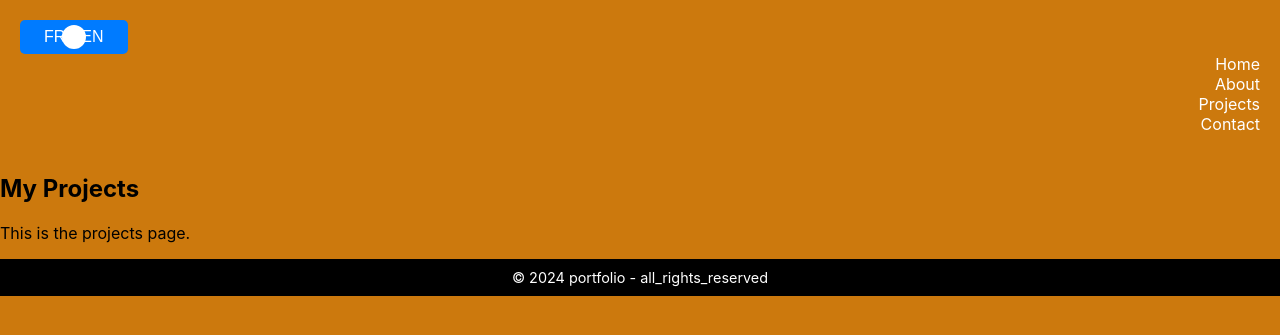
Repository: Christian121966/mon-portfolio
Page: /projects
The author's editor kept a copy of each file at every save. The page is drawn from the files as they stood at one save, then again after a run of saves.
The browser window is 1280 px wide. The pictures show the whole page.
The project was rebuilt for these pictures with package versions that can differ from the ones it lists, and the page was loaded fresh each time. Also part of the build but not shown: src/pages/HomePage/HomePage.scss, src/pages/HomePage/HomePage.js, src/pages/AboutPage/AboutPage.scss, src/pages/AboutPage/AboutPage.js, src/pages/ContactPage/ContactPage.js. Imported but missing from the stored project, and not drawn on this page: src/i18next.

Above is the page before, as saved 2024-07-24 02:30:20.

### src/index.js
import React from 'react';
import ReactDOM from 'react-dom/client';
import '../src/index.css';
import App from './App';
import '../src/i18next';
import reportWebVitals from './reportWebVitals';

const root = ReactDOM.createRoot(document.getElementById('root'));
root.render(
  <React.StrictMode>
    <App />
  </React.StrictMode>
);

// If you want to start measuring performance in your app, pass a function
// to log results (for example: reportWebVitals(console.log))
// or send to an analytics endpoint. Learn more: https://bit.ly/CRA-vitals
reportWebVitals();

### src/App.js
import React from 'react';
import { BrowserRouter as Router, Route, Routes } from 'react-router-dom';
import HomePage from '../src/pages/HomePage/HomePage';
import AboutPage from '../src/pages/AboutPage/AboutPage';
import ProjectsPage from '../src/pages/ProjectsPage/ProjectsPage';
import ContactPage from './pages/ContactPage/ContactPage';
import Header from '../src/components/Header/Header';
import Footer from '../src/components/Footer/Footer';

function App() {
  return (
    <Router>
      <Header />
      <Routes>
      <Route path="/" element={<HomePage />} />
        <Route path="/about" element={<AboutPage />} />
        <Route path="/projects" element={<ProjectsPage />} />
        <Route path="/contact" element={<ContactPage />} />
      </Routes>
      <Footer />
    </Router>
  );
}

export default App;

### src/pages/ProjectsPage/ProjectsPage.js
// src/pages/ProjectsPage.js
import React from 'react';

function ProjectsPage() {
  return (
    <div>
      <h2>My Projects</h2>
      <p>This is the projects page.</p>
    </div>
  );
}

export default ProjectsPage;

### src/components/Header/Header.js
// src/components/Header/Header.js
import React from 'react';
import { useTranslation } from 'react-i18next';
import '../Header/Header.scss';

function Header() {
  const { i18n } = useTranslation();
  const currentLang = i18n.language;

  const changeLanguage = (lng) => {
    i18n.changeLanguage(lng);
  };

  return (
    <header className="header">
      <div className="header__language-buttons">
        <button
          aria-checked={currentLang === 'fr'}
          className="control__lang"
          role="switch"
          type="button"
          onClick={() => changeLanguage('fr')}
        >
          <span className="current control__lang_side">FR</span>
          <span className="control__lang_switch">
            <span></span>
          </span>
          <span className="control__lang_side">EN</span>
        </button>
      </div>
      <nav className="header__nav">
        <a href="/" className="header__link">Home</a>
        <a href="/about" className="header__link">About</a>
        <a href="/projects" className="header__link">Projects</a>
        <a href="/contact" className="header__link">Contact</a>
      </nav>
    </header>
  );
}

export default Header;

### src/components/Footer/Footer.js
// src/components/Footer/Footer.js
import React from 'react';
import { useTranslation } from 'react-i18next';
import '../../components/Footer/Footer.scss';

function Footer() {
  const { t } = useTranslation();

  return (
    <footer>
      <p className="footer__text">© 2024 {t('portfolio')} - {t('all_rights_reserved')}</p>
    </footer>
  );
}

export default Footer;

### src/components/Header/Header.scss
// src/styles/components/_header.scss
@import '../../styles/abstracts/variables';
@import '../../styles/abstracts/mixins';

.header {
  //background-color: $primary-color;
  padding: 20px;

  &__nav {
    display: flex;
    flex-direction: column;
    justify-content: end;
    align-items: end;
  }

  &__link {
    color: white;
    text-decoration: none;

    &:hover {
      text-decoration: underline;
    }
  }

  /* src/components/Header/Header.scss */

.header__language-buttons {
  display: flex;
  align-items: center;
}

.control__lang {
  display: flex;
  align-items: center;
  background-color: #007bff;
  color: #ffffff;
  border: none;
  border-radius: 5px;
  padding: 8px 16px;
  cursor: pointer;
  position: relative;
  font-size: 16px;
  outline: none;
}

.control__lang_side {
  margin: 0 8px;
}

.control__lang_switch {
  position: absolute;
  top: 50%;
  left: 50%;
  transform: translate(-50%, -50%);
  background-color: #ffffff;
  border-radius: 50%;
  width: 24px;
  height: 24px;
  transition: transform 0.3s ease;
}

.control__lang[aria-checked="true"] .control__lang_switch {
  transform: translate(calc(-50% + 100%), -50%);
}

.control__lang_switch span {
  display: block;
  width: 100%;
  height: 100%;
}

}

### src/components/Footer/Footer.scss
@import '../../styles/abstracts/variables';
@import '../../styles/abstracts/mixins';

p.footer__text {
    color: white;
    text-align: center;
    padding: 10px;
    background-color: $primary-color;
    @include flex-center;
    font-size: 0.9rem;
}

### src/styles/abstracts/_variables.scss
// src/styles/abstracts/_variables.scss

// Couleurs
$primary-color: #000;
$secondary-color: #2ecc71;
$tertiary-color: #3498db;;
$font-color: #333;
$background-color: #f5f5f5;

// Fonts
$font-stack: 'Helvetica, sans-serif';

// Autres variables
$border-radius: 5px;

### src/styles/abstracts/_mixins.scss
// src/styles/abstracts/_mixins.scss

@mixin flex-center {
    display: flex;
    justify-content: center;
    align-items: center;
  }

  @mixin responsive-font-size($size) {
    font-size: $size;

    @media (max-width: 600px) {
      font-size: $size * 0.8;
    }
  }

Loaded but not shown: public/index.html (common file); src/index.css (common file); src/reportWebVitals.js (common file)

After the next 2 saves:
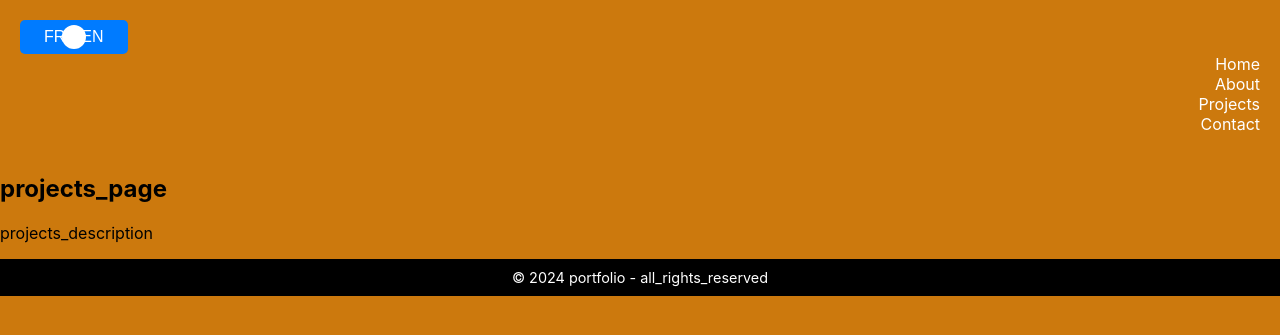
The 2 saves are shown as one change because they came seconds apart.
The last was saved 94 s later.
--- a/src/pages/ProjectsPage/ProjectsPage.js
+++ b/src/pages/ProjectsPage/ProjectsPage.js
@@ -1,11 +1,14 @@
 // src/pages/ProjectsPage.js
 import React from 'react';
+import { useTranslation } from 'react-i18next';
 
 function ProjectsPage() {
+  const { t } = useTranslation();
+
   return (
     <div>
-      <h2>My Projects</h2>
-      <p>This is the projects page.</p>
+      <h2>{t('projects_page')}</h2>
+      <p>{t('projects_description')}</p>
     </div>
   );
 }
